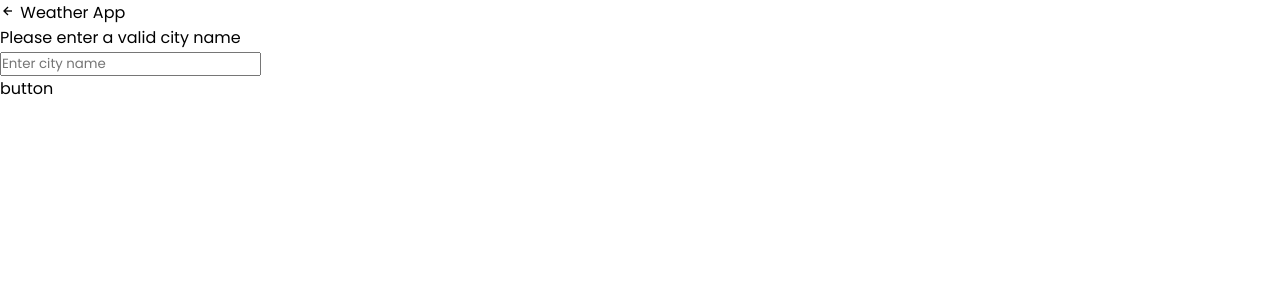
Repository: long13820/Weather-App-HTML-CSS-Javascript
Page: index.html
An editor plug-in stored every save of this project. The page is shown before and after the next save, followed by the edit.
The browser window is 1280 px wide. The pictures show the whole page.

Above is the page before, as saved 2021-09-01 22:55:22.

### index.html
<!DOCTYPE html>
<html lang="en">
<head>
    <meta charset="UTF-8">
    <meta http-equiv="X-UA-Compatible" content="IE=edge">
    <meta name="viewport" content="width=device-width, initial-scale=1.0">
    <title>Weather App</title>
    <link rel="stylesheet" href="style.css">

    <!--Linking Boxicon For Icon-->
    <link rel="stylesheet" href='https://unpkg.com/boxicons@2.0.9/css/boxicons.min.css' >


</head>
<body>
    <div class="wrapper">
        <header>
            <i class="bx bx-left-arrow-alt"></i>
            Weather App
        </header>
        <section class="input-part">
            <p class="info-txt">Please enter a valid city name</p>
            <input type="text" placeholder="Enter city name" spellcheck="false">
            <div class="separator"></div>
            button

        </section>
    </div>
</body>
</html>

### style.css
/*Import Google Font - Poppins*/
@import url('https://fonts.googleapis.com/css2?family=Poppins:wght@400;500;600;700&display=swap');
*{
    margin: 0;
    padding: 0;
    box-sizing: border-box;
    font-family: 'Poppins', sans-serif;
}

After the next save:
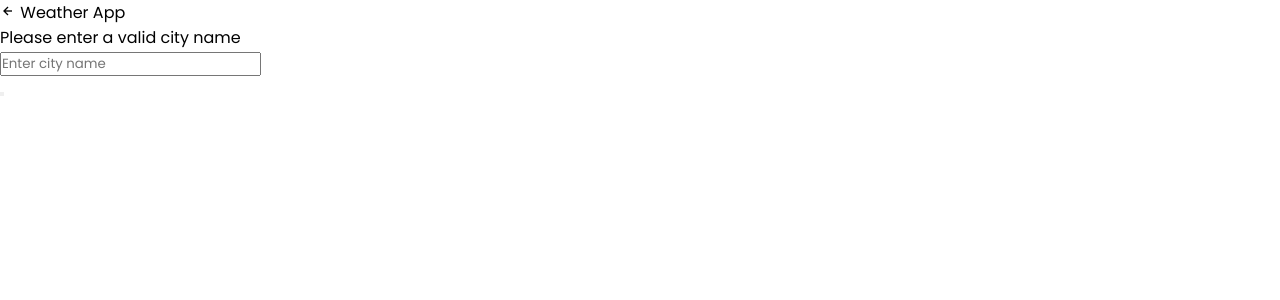
Saved 6 s later.
--- a/index.html
+++ b/index.html
@@ -22,8 +22,7 @@
             <p class="info-txt">Please enter a valid city name</p>
             <input type="text" placeholder="Enter city name" spellcheck="false">
             <div class="separator"></div>
-            button
-
+            <button></button>
         </section>
     </div>
 </body>
